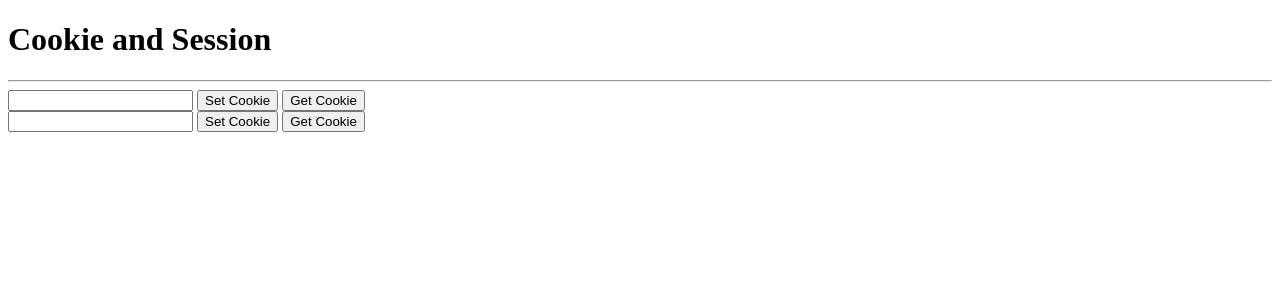
Repository: zxcvne/1400_web_nhs
Page: http://localhost/web/10_Cookie_Session.jsp
An editor plug-in stored every save of this project. The page is shown before and after the next save, followed by the edit.
The browser window is 1280 px wide. The pictures show the whole page.
The page is served by Tomcat 10.

Above is the page before, as saved 2025-10-26 08:11:11.

After the next save:
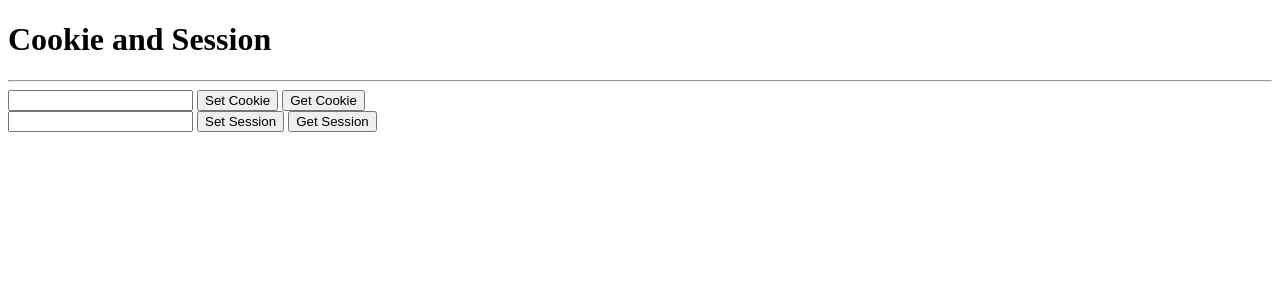
Saved 16 s later.
--- a/05_jsp/src/web/src/main/webapp/10_Cookie_Session.jsp
+++ b/05_jsp/src/web/src/main/webapp/10_Cookie_Session.jsp
@@ -15,8 +15,8 @@
 		<input type="button" value="Get Cookie" onclick="getCookie()" >
 		<br>
 		<input type="text" name="email">
-		<input type="button" value="Set Cookie" onclick="setCookie()" >
-		<input type="button" value="Get Cookie" onclick="getCookie()" >
+		<input type="button" value="Set Session" onclick="setSession()" >
+		<input type="button" value="Get Session" onclick="getSession()" >
 	</form>
 </body>
 </html>
